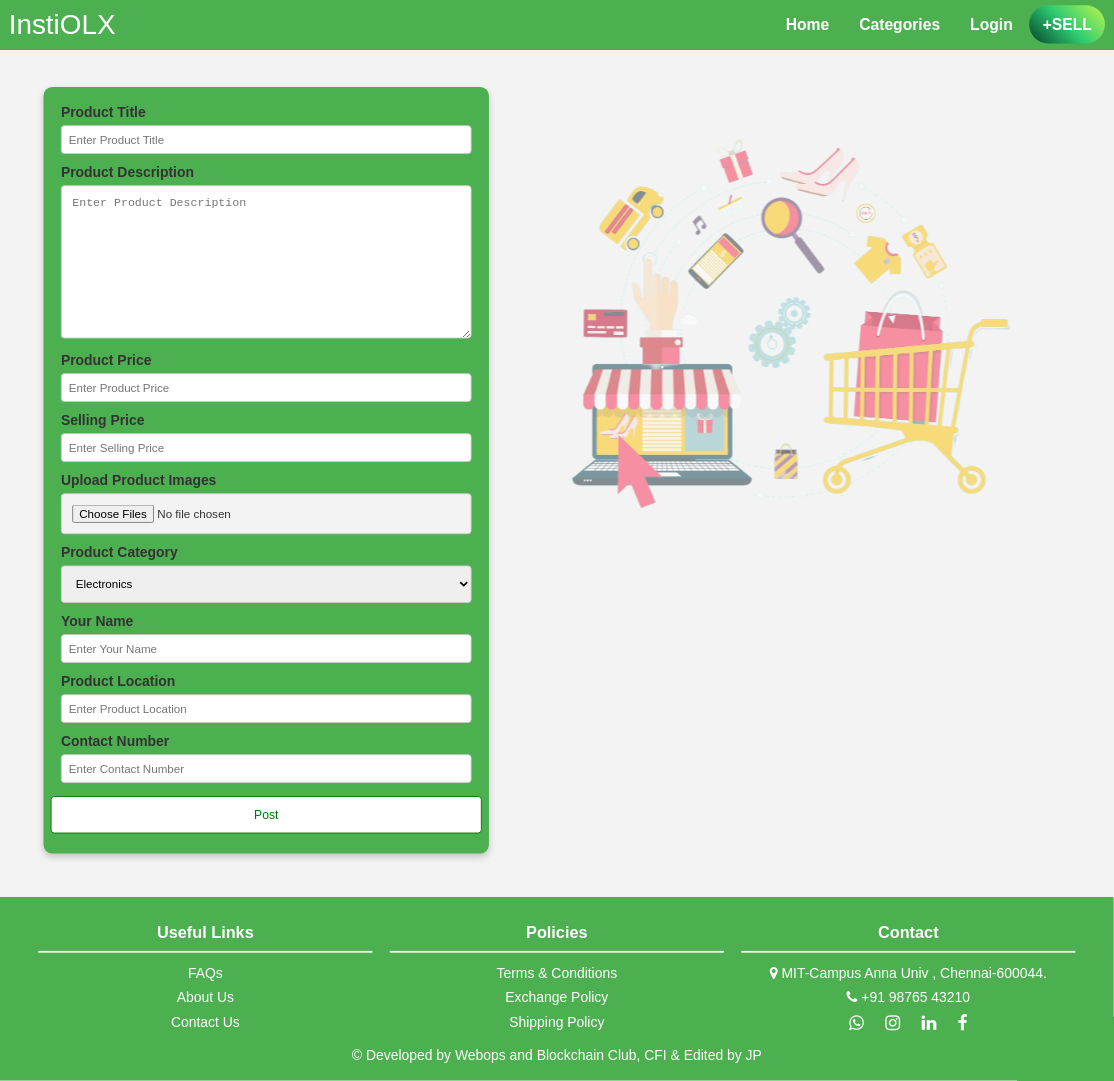
Repository: John-Prabu-A/web-dev-summer-school
Page: Session_1_Assignment/sell.html
These files come from the project's save history. The page is drawn as it stood at one moment and after the next save; the edit follows.
The browser window is 1280 px wide. The pictures show the whole page, at 87% of full size.
The pointer rests on the first visible `button`.

Above is the page before, as saved 2024-06-20 17:08:48.

After the next save:
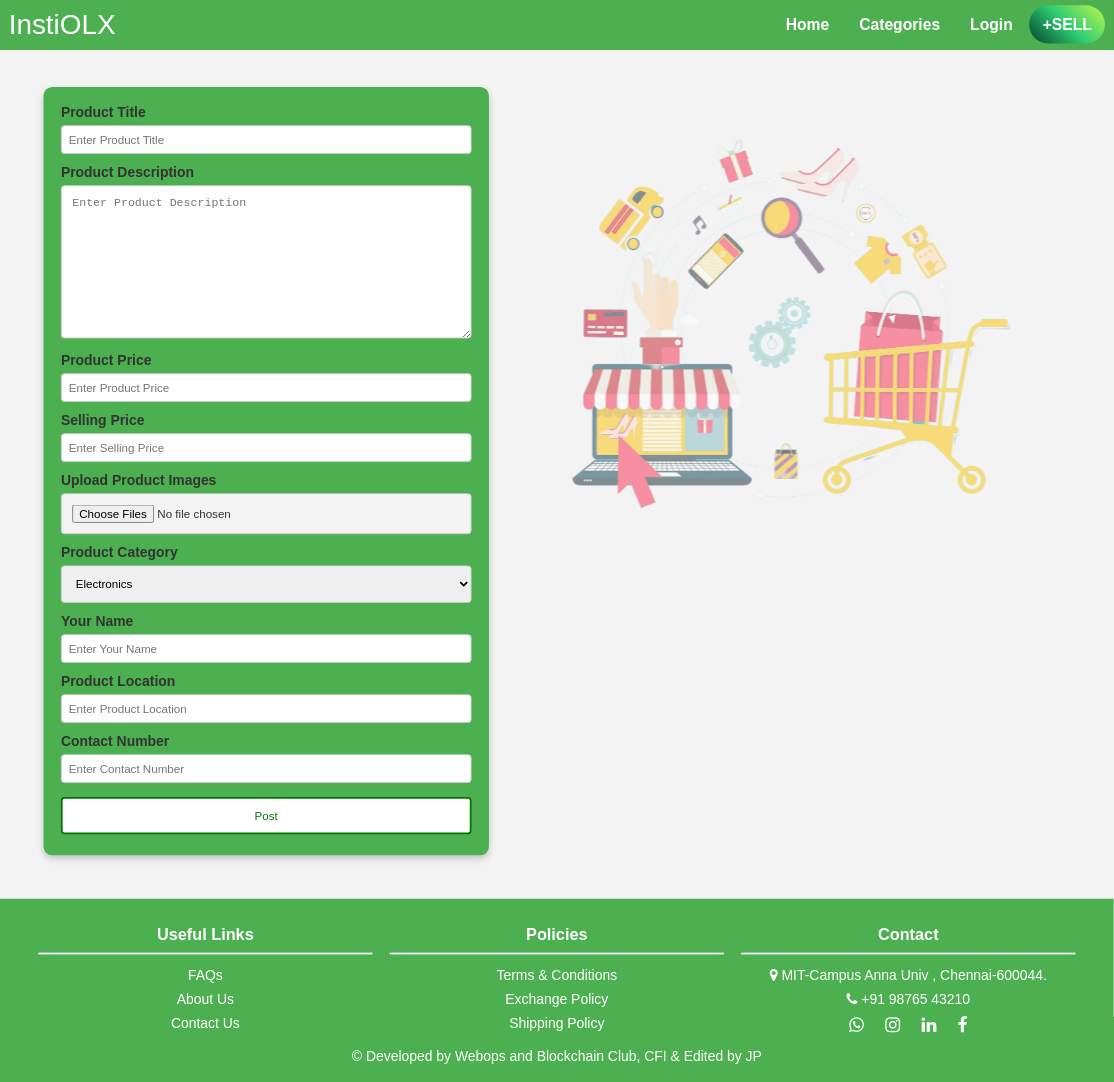
Saved 33 s later.
--- a/Session_1_Assignment/sell-page.css
+++ b/Session_1_Assignment/sell-page.css
@@ -64,8 +64,7 @@ button {
 button:hover {
     background-color: #fff;
     color: #007506;
-    border: 1px solid #007506;
-    scale: 1.05;
+    border: 2px solid #007506;
 }
 
 .container label {
